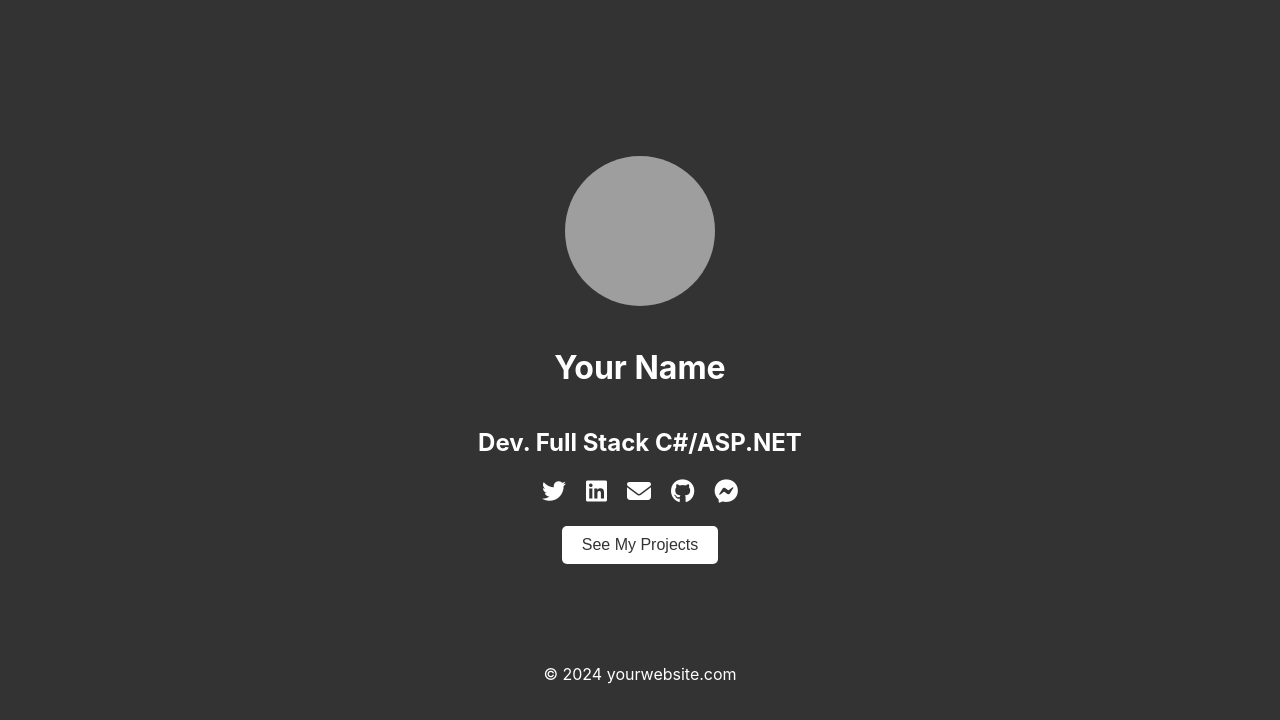
Repository: arunlorenz/portfolio
Page: /
An editor plug-in stored every save of this project. The page is shown before and after the next save, followed by the edit.
The browser window is 1280 px wide. The pictures show the whole page.
Pictures or frames that could not be fetched are drawn as grey boxes. The project was rebuilt for these pictures with package versions that can differ from the ones it lists, and the page was loaded fresh each time. Also part of the build but not shown: vite.config.ts, src/components/ProjectsPage.css, src/components/ProjectsPage.js.

Above is the page before, as saved 2024-08-06 20:21:47.

After the next save:
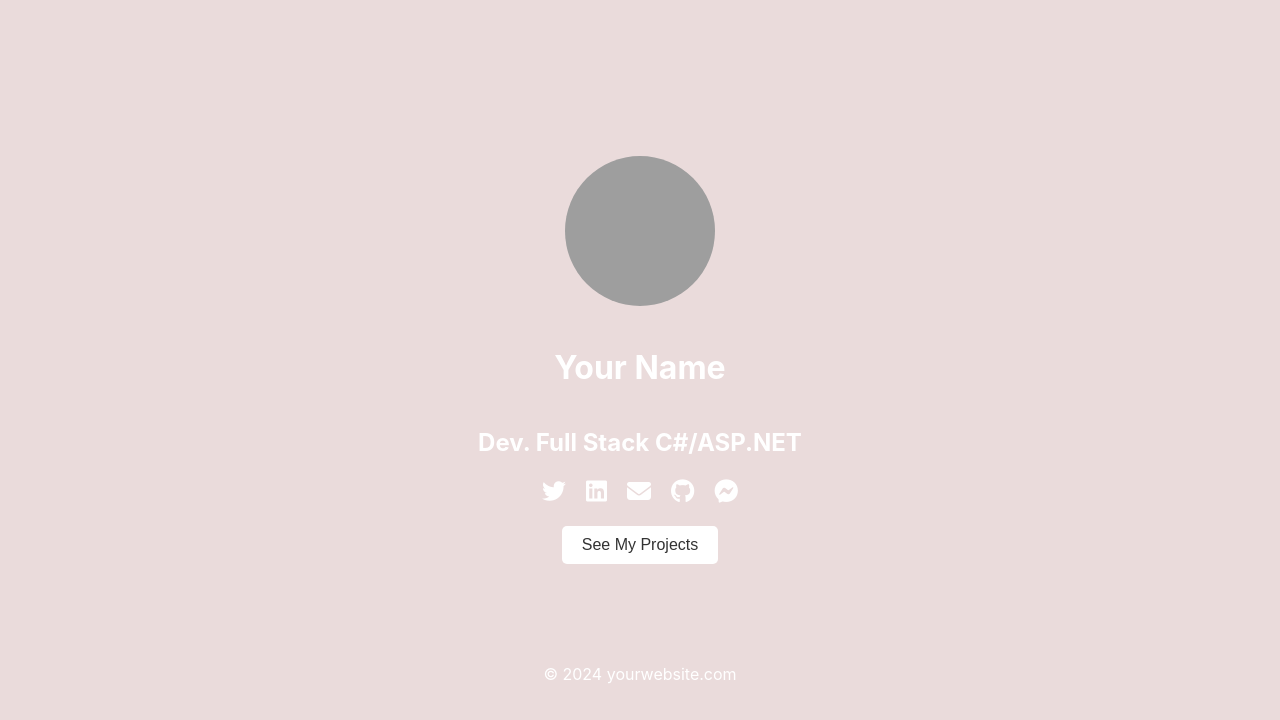
Saved 68 s later.
--- a/src/components/HomePage.css
+++ b/src/components/HomePage.css
@@ -4,7 +4,7 @@
     align-items: center;
     justify-content: center;
     height: 100vh;
-    background-color: #333;
+    background-color: #eadbdb;
     color: white;
     text-align: center;
   }
